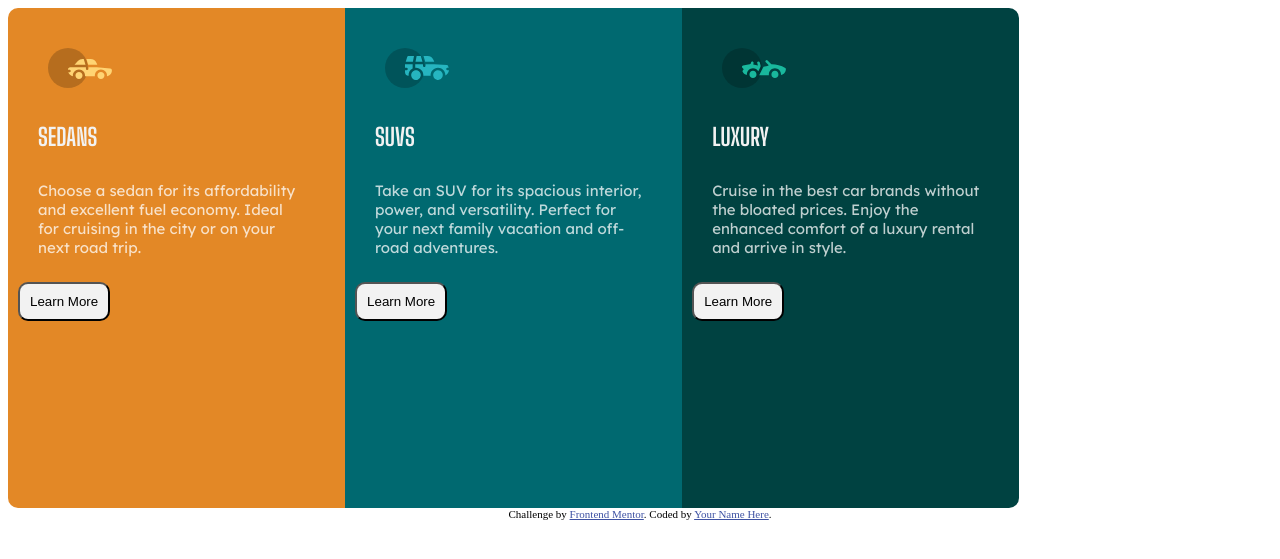
Repository: viniciussnt/3-column-preview-card
Page: index.html
An editor plug-in stored every save of this project. The page is shown before and after a run of saves, followed by the edit.
The browser window is 1280 px wide. The pictures show the whole page.

Above is the page before, as saved 2023-09-15 11:31:59.

After the next 2 saves:
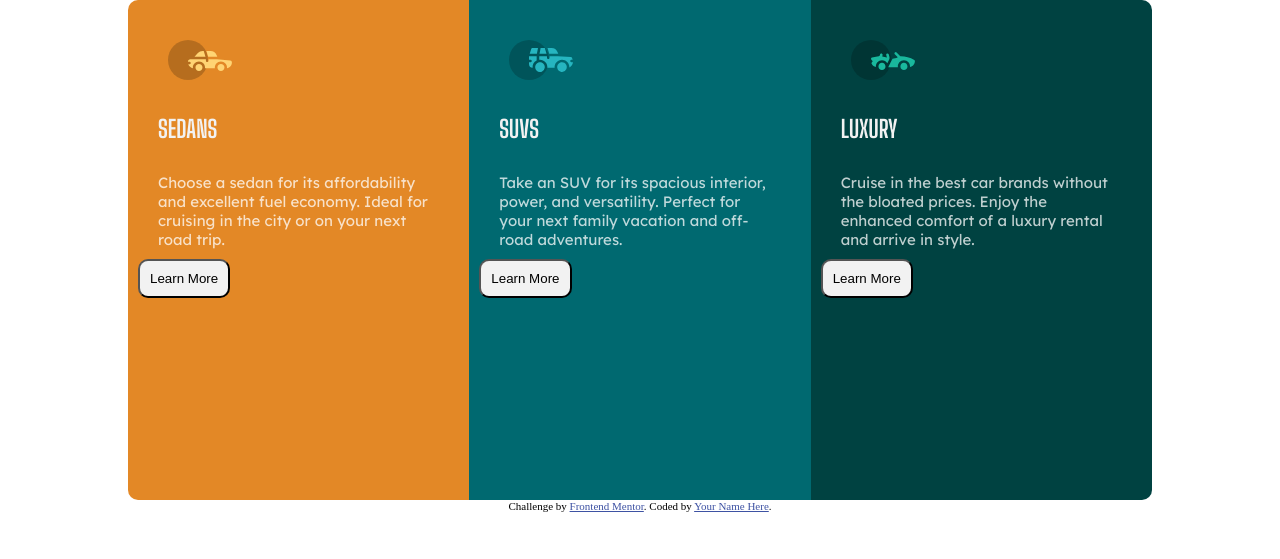
The 2 saves are shown as one change because they came seconds apart.
The last was saved 8 s later.
--- a/styles/style.css
+++ b/styles/style.css
@@ -1,4 +1,6 @@
-
+* {
+    margin: 0 auto;
+}
 
 :root {
     --color-sedan: rgb(227, 136, 38);
